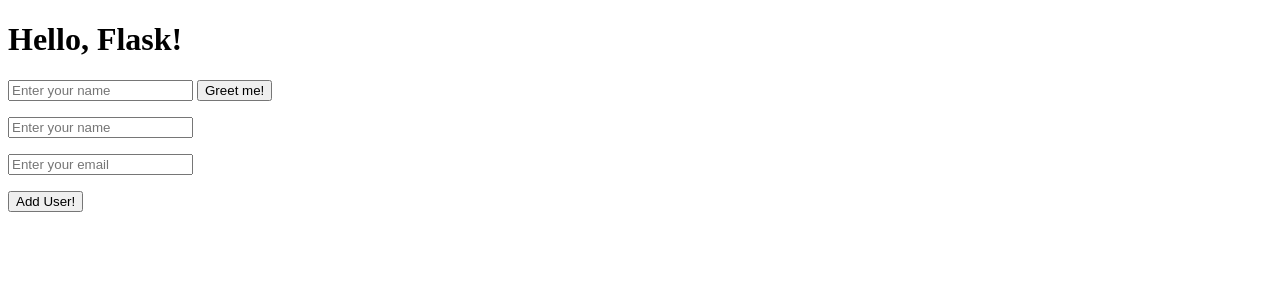
Repository: AlexandruMoloman/Instagram-Login-25Sep2024-
Page: http://localhost/
An editor plug-in stored every save of this project. The page is shown before and after the next save, followed by the edit.
The browser window is 1280 px wide. The pictures show the whole page.
The page is served by the project's application, run on Flask 3 (app.py).

Above is the page before, as saved 2024-09-15 21:57:21.

### templates/index.html
<!DOCTYPE html>
<html lang="en">
  <head>
    <meta charset="UTF-8" />
    <meta name="viewport" content="width=device-width, initial-scale=1.0" />
    <title>First Flusk step</title>
  </head>
  <body>
    <h1>Hello, {{name}}!</h1>
    <form method="POST" action="/greet">
      <input type="text" name="username" placeholder="Enter your name" />
      <input type="submit" value="Greet me!" />
    </form>
    <p></p>

    <form method="POST" action="/add_user">
      <p>
        <input type="text" name="username" placeholder="Enter your name" />
      </p>
      <p>
        <input type="email" name="email" placeholder="Enter your email" />
      </p>
      <button type="submit">Add User!</button>
    </form>
  </body>
</html>

### app.py
from flask import Flask, render_template, request
from flask_sqlalchemy import SQLAlchemy

app = Flask(__name__)

# Настройка подключения к базе данных MySQL
app.config['SQLALCHEMY_DATABASE_URI'] = 'mysql+pymysql://moloman:Moloman1994@localhost/flask_app'
app.config['SQLALCHEMY_TRACK_MODIFICATIONS'] = False

db = SQLAlchemy(app)

# Определение модели User
class User(db.Model):
    id = db.Column(db.Integer, primary_key=True)
    username = db.Column(db.String(80), unique=True, nullable=False)
    email = db.Column(db.String(120), unique=True, nullable=False)

    def __repr__(self):
        return f'<User {self.username}>'

# Создание таблиц
with app.app_context():
    db.create_all()

@app.route('/')
def home():
    return render_template('index.html', name="Flask")

@app.route('/about')
def about():
    return "About you do!"

@app.route('/add_user',methods=['POST'] )
def add_user():
    username=request.form['username']
    email=request.form['email']

    new_user=User(username=username, email=email)

    db.session.add(new_user)
    db.session.commit()

    return f"User {username} added successfully!"

@app.route('/user/<username>')
def user_profile(username):
    return f"Hi, {username}!"



@app.route('/greet', methods=['POST'])
def greet():
    username = request.form['username']
    return f"Hello, {username}!"




if __name__ == '__main__':
    app.run(debug=True)

After the next save:
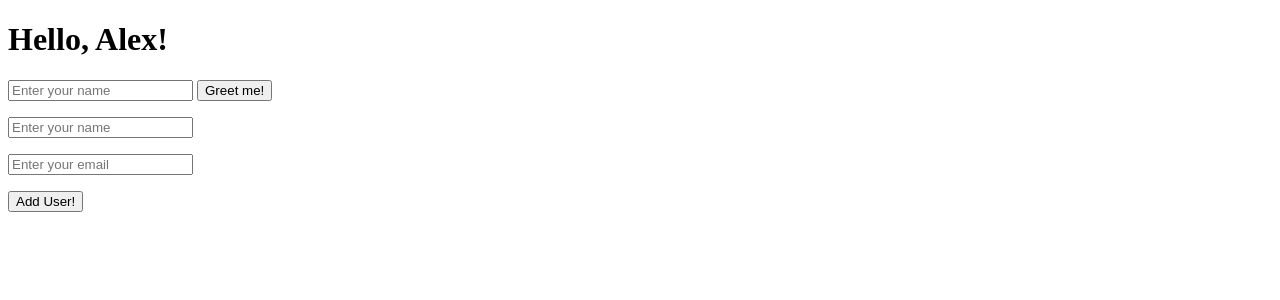
Saved 14 s later.
--- a/app.py
+++ b/app.py
@@ -24,7 +24,7 @@
 
 @app.route('/')
 def home():
-    return render_template('index.html', name="Flask")
+    return render_template('index.html', name="Alex")
 
 @app.route('/about')
 def about():
